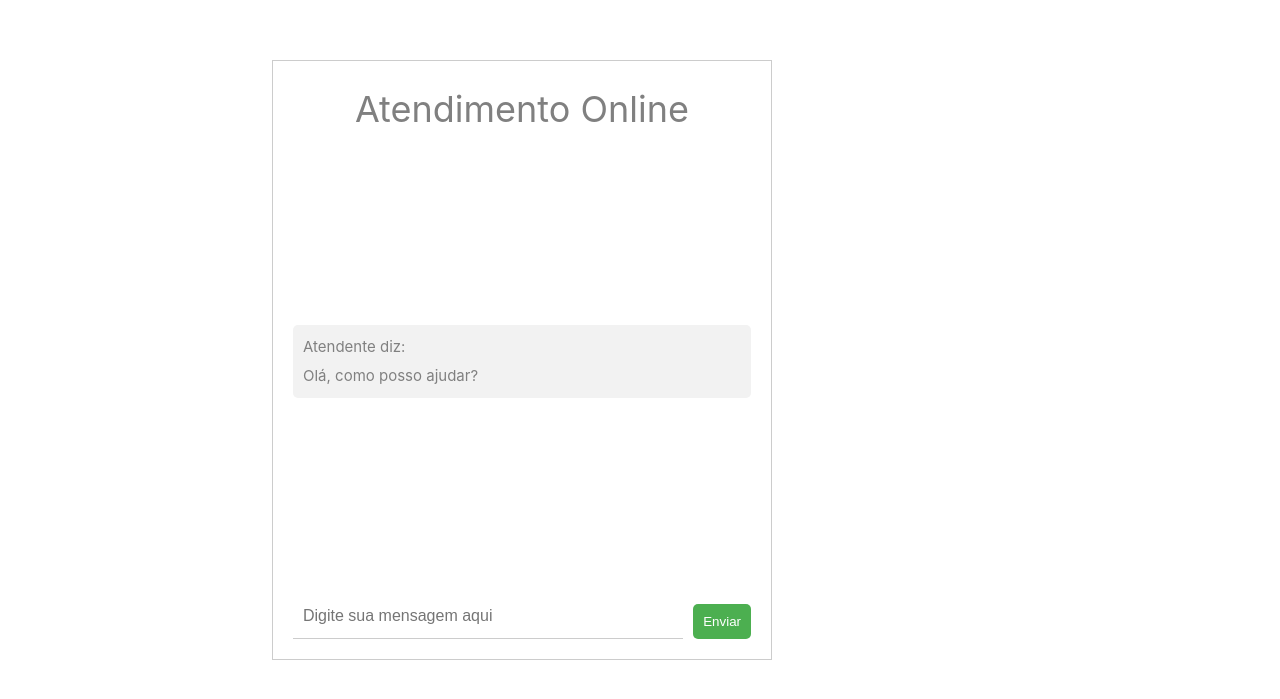
Repository: GabrielGuinzani/vueChat
Page: /
These files come from the project's save history. The page is drawn as it stood at one moment and after the next save; the edit follows.
The browser window is 1280 px wide. The pictures show the whole page.
Some web libraries are served in a nearby version. The project was rebuilt for these pictures with package versions that can differ from the ones it lists, and the page was loaded fresh each time. Also part of the build but not shown: vite.config.js.

Above is the page before, as saved 2023-04-18 21:22:35.

After the next save:
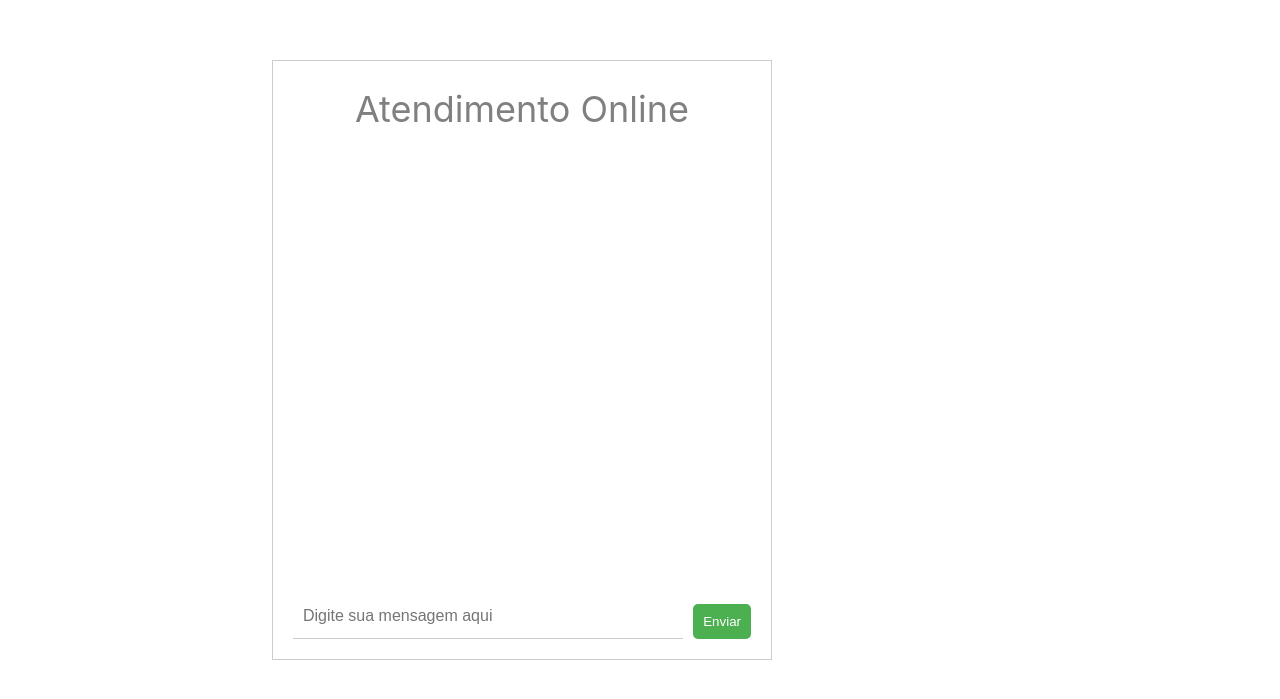
Saved 3 s later.
--- a/src/App.vue
+++ b/src/App.vue
@@ -55,14 +55,12 @@ header {
     <div class="messages-list" id="conversa">
 
   </div>
-  <div class="message-item">
-      <div class="msg-user"><strong>Atendente diz:</strong></div>
-      <div class="msg-chat">Olá, como posso ajudar?</div>
-    </div>
     <div class="messages-list" ref="messagesList">
       <div v-for="(message, index) in messages" :key="index" :class="[message.type === 'user' ? 'message-item2' : 'message-item']">
-        <div class="msg-user" v-if="message.type === 'user'"><strong>{{ message.author }} diz:</strong></div>
-        <div class="msg-chat">{{ message.text }}</div>
+        <div class="msg-user" v-if="message.type === 'user'"><strong>{{ message.author }} diz:</strong>
+        </div>
+        <div class="msg-chat">{{ message.text }}
+        </div>
       </div>
     </div>
     <form id="form-chat-send" @submit.prevent="sendMessage">
